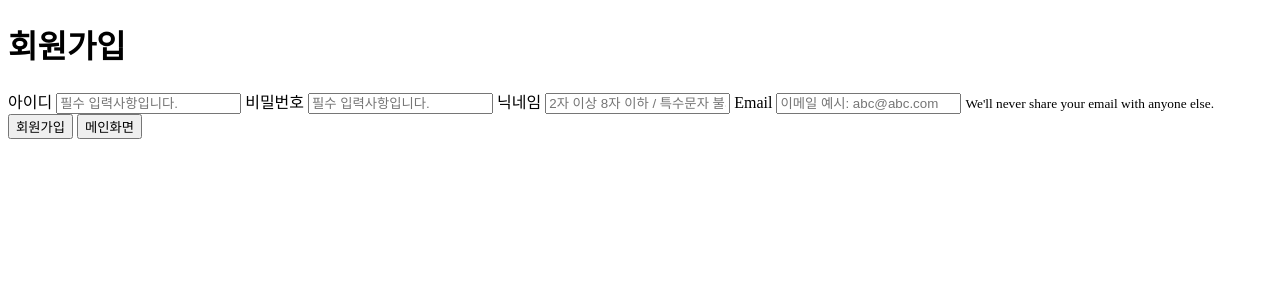
Repository: Gansaw/Airport_Portal
Page: http://localhost/signup
An editor plug-in stored every save of this project. The page is shown before and after the next save, followed by the edit.
The browser window is 1280 px wide. The pictures show the whole page.
The page is this project's Thymeleaf template; nobody is signed in. The template is opened directly, without the code that normally fills it, so the values that code supplies are empty.

Above is the page before, as saved 2023-07-27 05:17:06.

After the next save:
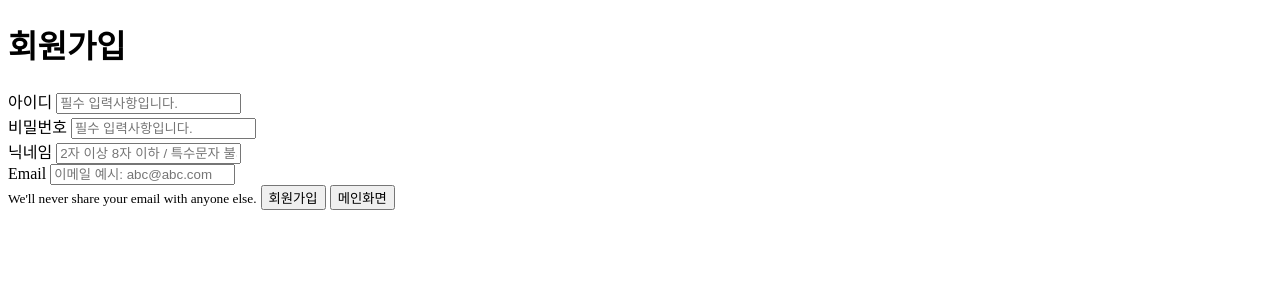
Saved 33 s later.
--- a/WebServiceDevelop/WebProject/src/main/resources/templates/signup.html
+++ b/WebServiceDevelop/WebProject/src/main/resources/templates/signup.html
@@ -13,18 +13,18 @@
 		<div class="grid">
 			<label for="username">
 				아이디
-				<input type="text" id="username" name="username" placeholder="필수 입력사항입니다." required>
+				<input type="text" id="username" name="username" placeholder="필수 입력사항입니다." required> <br/>
 			</label>
 			<label for="password">
 				비밀번호
-				<input type="password" id="password" name="password" placeholder="필수 입력사항입니다." required>
+				<input type="password" id="password" name="password" placeholder="필수 입력사항입니다." required> <br/>
 			</label>
 			<label for="nickname">
 				닉네임
-				<input type="text" id="nickname" name="nickname" placeholder="2자 이상 8자 이하 / 특수문자 불가능" required>
+				<input type="text" id="nickname" name="nickname" placeholder="2자 이상 8자 이하 / 특수문자 불가능" required> <br/>
 			</label>
 			<label for="email">Email</label>
-			<input type="email" id="email" name="email" placeholder="이메일 예시: abc@abc.com" required>
+			<input type="email" id="email" name="email" placeholder="이메일 예시: abc@abc.com" required> <br/>
 			<small>We'll never share your email with anyone else.</small>
 
 			<button type="submit">회원가입</button>
